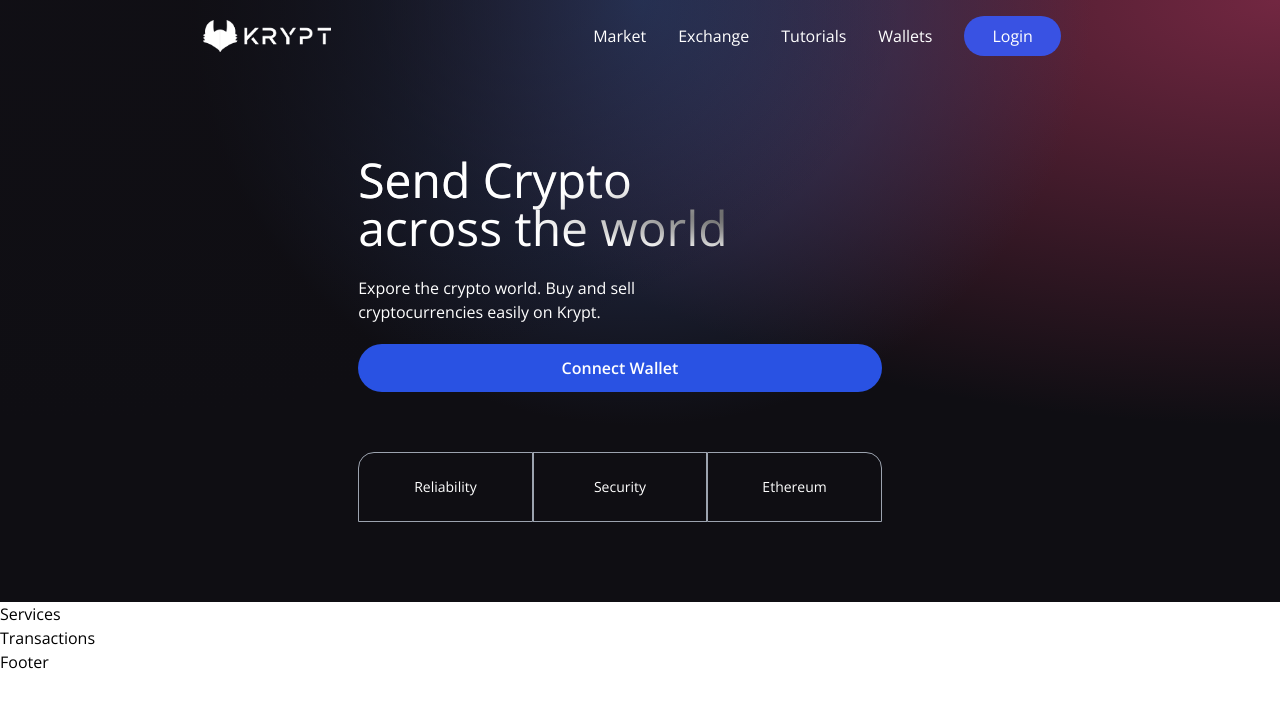
Repository: stephan-chiorean/krypt
Page: / (app in client/)
The author's editor kept a copy of each file at every save. The page is drawn from the files as they stood at one save, then again after a run of saves.
The browser window is 1280 px wide. The pictures show the whole page.
The project was rebuilt for these pictures with package versions that can differ from the ones it lists, and the page was loaded fresh each time. Also part of the build but not shown: client/vite.config.js, client/src/components/Loader.jsx.

Above is the page before, as saved 2023-03-28 15:14:20.

After the next 2 saves:
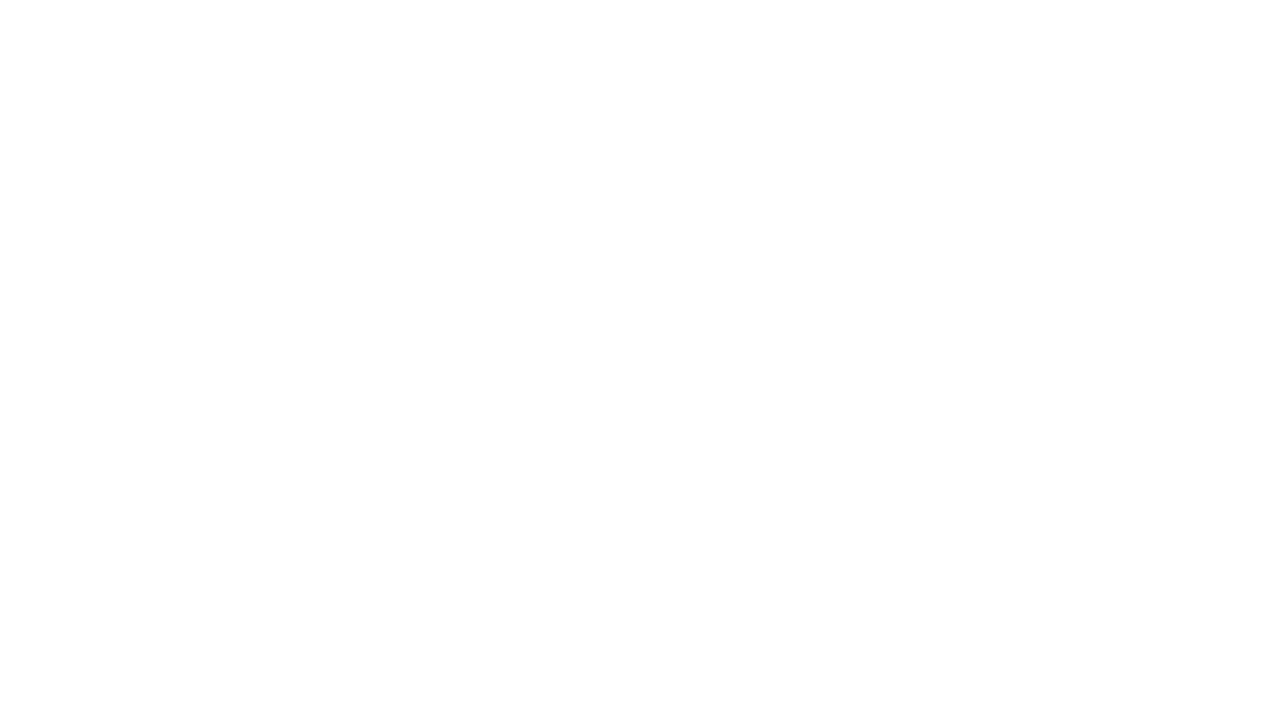
Console error: ReferenceError: companyCommonStyles is not defined
The 2 saves are shown as one change because 1 did not build or start.
The last was saved 93 s later.
--- a/client/src/components/Welcome.jsx
+++ b/client/src/components/Welcome.jsx
@@ -23,14 +23,19 @@
             </p>
           </button>
           <div className="grid sm:grid-cols-3 grid-cols-2 w-full mt-10">
-            <div className={`rounded-tl-2xl ${commonStyles}`}>
+            <div className={`rounded-tl-2xl ${companyCommonStyles}`}>
               Reliability
             </div>
-            <div className={commonStyles}>
-              Security
+            <div className={companyCommonStyles}>Security</div>
+            <div className={`sm:rounded-tr-2xl ${companyCommonStyles}`}>
+              Ethereum
             </div>
-            <div className={`rounded-tr-2xl ${commonStyles}`}>
-              Ethereum
+            <div className={`sm:rounded-bl-2xl ${companyCommonStyles}`}>
+              Web 3.0
+            </div>
+            <div className={companyCommonStyles}>Low Fees</div>
+            <div className={`rounded-br-2xl ${companyCommonStyles}`}>
+              Blockchain
             </div>
           </div>
 

After the save that followed:
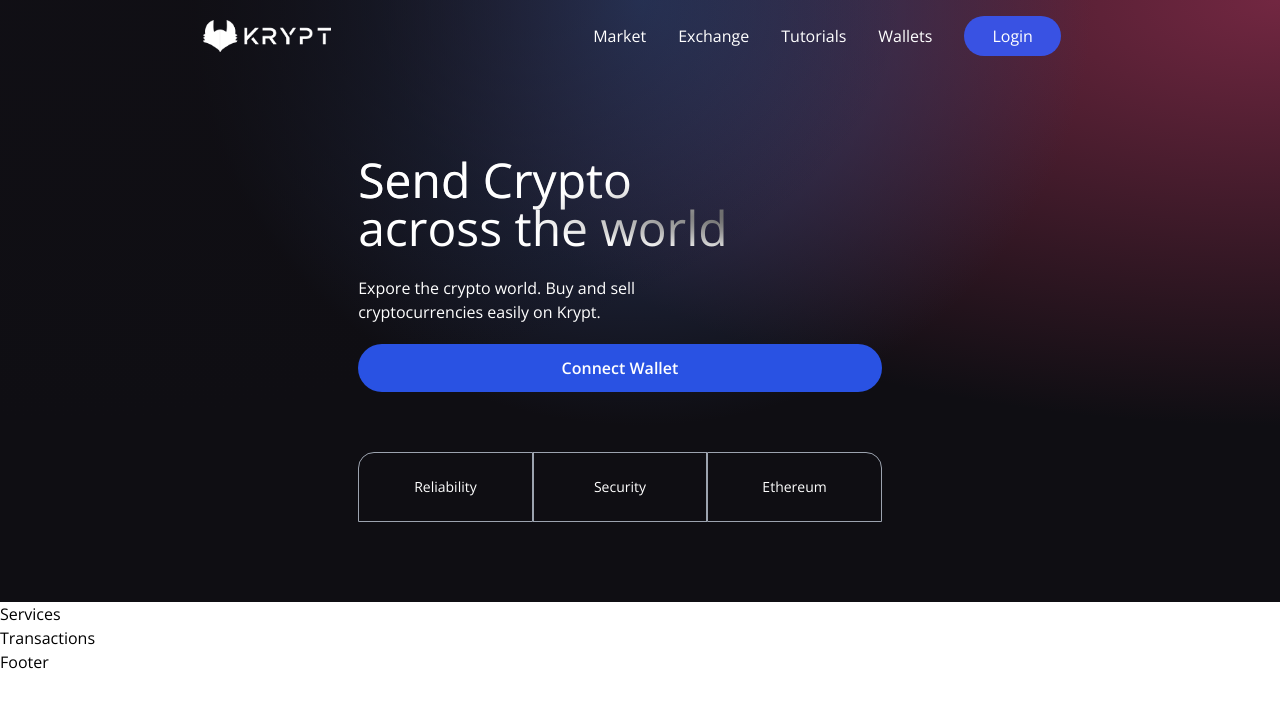
The error is gone.
Saved 15 s later.
--- a/client/src/components/Welcome.jsx
+++ b/client/src/components/Welcome.jsx
@@ -23,19 +23,14 @@
             </p>
           </button>
           <div className="grid sm:grid-cols-3 grid-cols-2 w-full mt-10">
-            <div className={`rounded-tl-2xl ${companyCommonStyles}`}>
+            <div className={`rounded-tl-2xl ${commonStyles}`}>
               Reliability
             </div>
-            <div className={companyCommonStyles}>Security</div>
-            <div className={`sm:rounded-tr-2xl ${companyCommonStyles}`}>
+            <div className={commonStyles}>
+              Security
+            </div>
+            <div className={`rounded-tr-2xl ${commonStyles}`}>
               Ethereum
-            </div>
-            <div className={`sm:rounded-bl-2xl ${companyCommonStyles}`}>
-              Web 3.0
-            </div>
-            <div className={companyCommonStyles}>Low Fees</div>
-            <div className={`rounded-br-2xl ${companyCommonStyles}`}>
-              Blockchain
             </div>
           </div>
 
